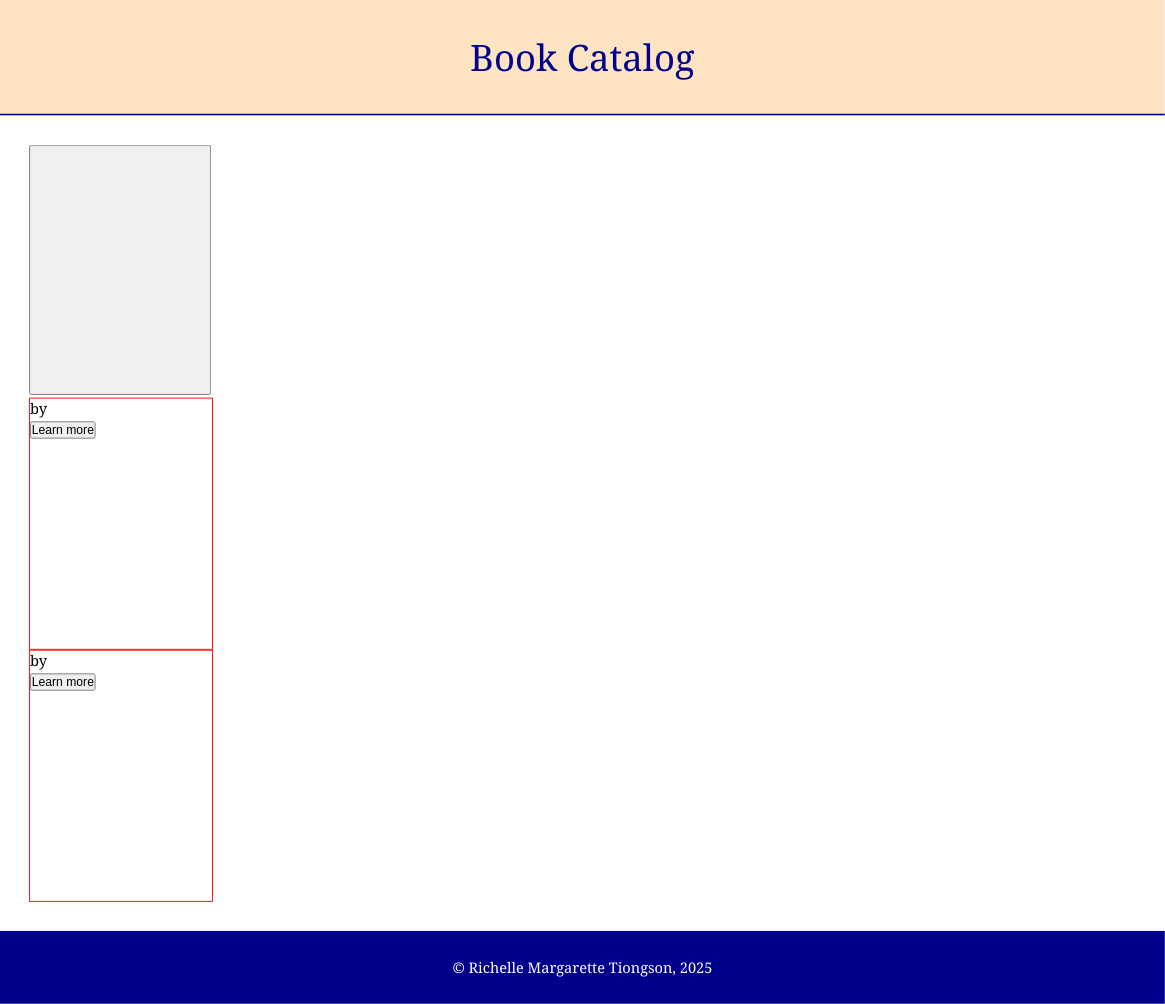
Repository: richelletiongson/comp3170_lab01
Page: /
The author's editor kept a copy of each file at every save. The page is drawn from the files as they stood at one save, then again after the next save.
The browser window is 1280 px wide. The pictures show the whole page, at 91% of full size.
The project was rebuilt for these pictures with package versions that can differ from the ones it lists, and the page was loaded fresh each time. Also part of the build but not shown: vite.config.js.

Above is the page before, as saved 2025-09-14 00:02:54.

### index.html
<!doctype html>
<html lang="en">
  <head>
    <meta charset="UTF-8" />
    <link rel="stylesheet" href="src/index.css"/>
    <meta name="viewport" content="width=device-width, initial-scale=1.0" />
    <title>Book Catalog</title>
  </head>
  <body>
    <div id="root"></div>
    <script type="module" src="/src/main.jsx"></script>
  </body>
</html>

### src/index.css
* {
  margin: 0;
  padding: 0;
}

body {
  font-family: 'Georgia', 'Times New Roman', serif;
  height: 100vh;
  display: flex;
  flex-direction: column;
}

.app {
  display: flex;
  flex-direction: column;
  min-height: 100vh;
}

.header {
  background-color: bisque;
  height: 125px;
  display: flex;
  align-items: center;
  justify-content: center;
  border-bottom: 2px solid darkblue;
}

.header-title {
  color: darkblue;
  font-size: 2.5rem;
  font-weight: normal;
  text-align: center;
  margin: 0;
}

.book {
  border: solid 1px red;
  height:275px;
  width:200px;
}

.new {
  height:275px;
  width:200px;
}

.main-content {
  flex: 1;
  background-color: #FFFFFF;
  padding: 2rem;
}

.footer {
  background-color: darkblue;
  height: 80px;
  display: flex;
  align-items: center;
  justify-content: center;
}

.footer-text {
  color: #FFFFFF;
  font-size: 1rem;
  margin: 0;
  text-align: center;
}

### src/App.jsx

import './index.css'
import Book from './Book'

function App() {
  return (
    <div className="app">
      <header className="header">
        <h1 className="header-title">Book Catalog</h1>
      </header>

      <main className="main-content">
        <button className="new"></button>
        <Book/>
        <Book/>
      </main>

      <footer className="footer">
        <p className="footer-text">© Richelle Margarette Tiongson, 2025</p>
      </footer>
    </div>
  )
}

export default App

### src/Book.jsx
import './index.css'

function Book(props) {
    return (
        <div className="book">
            <image src={props.image}></image>
            <div>
                <p>by</p>
                <p>{props.author}</p>
            </div>
            <button>Learn more</button>
        </div>
    );
}

export default Book;

Loaded but not shown: src/main.jsx (common file)

After the next save:
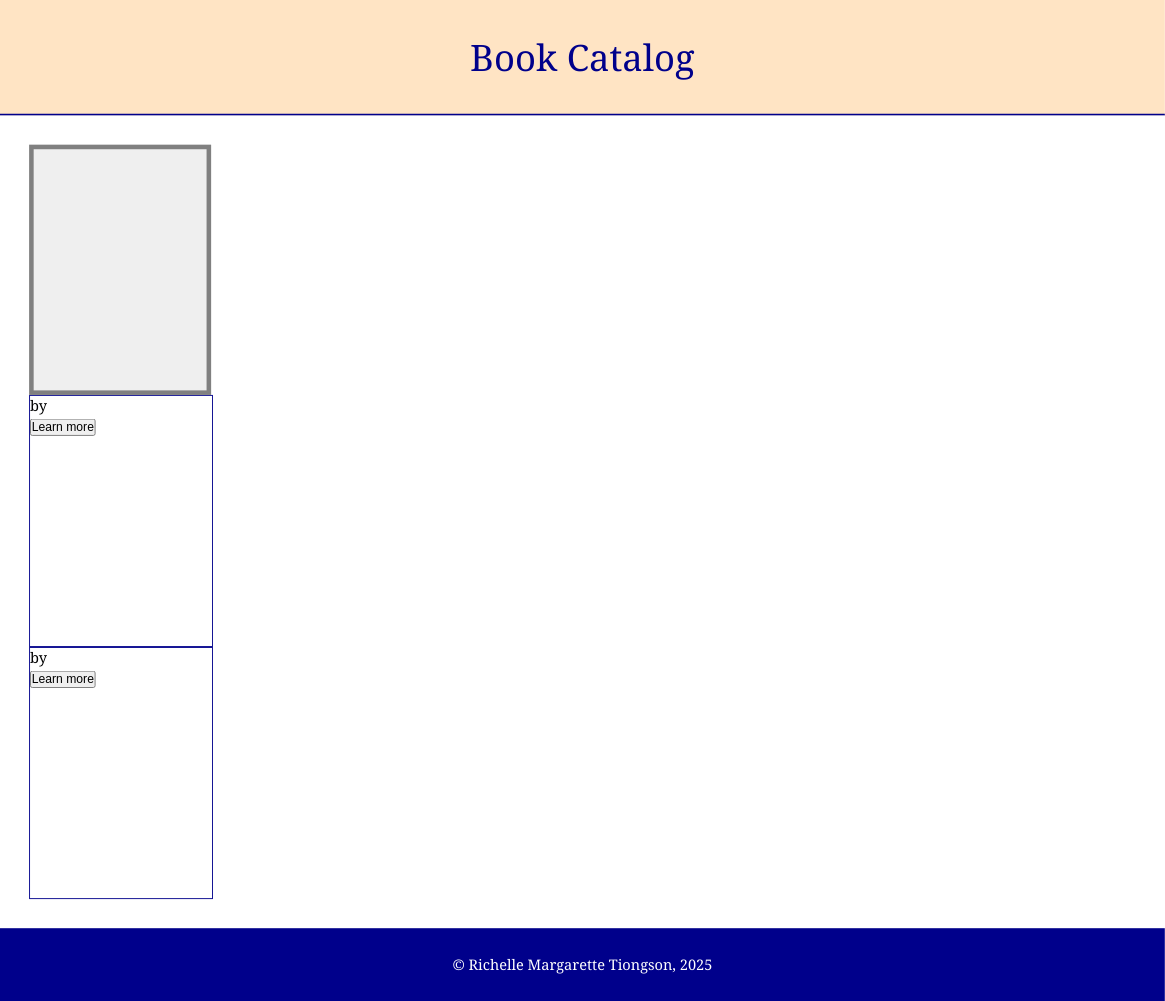
Saved 65 s later.
--- a/src/index.css
+++ b/src/index.css
@@ -34,12 +34,13 @@ body {
 }
 
 .book {
-  border: solid 1px red;
+  border: solid 1px darkblue;
   height:275px;
   width:200px;
 }
 
 .new {
+  border: solid 5px grey;
   height:275px;
   width:200px;
 }
